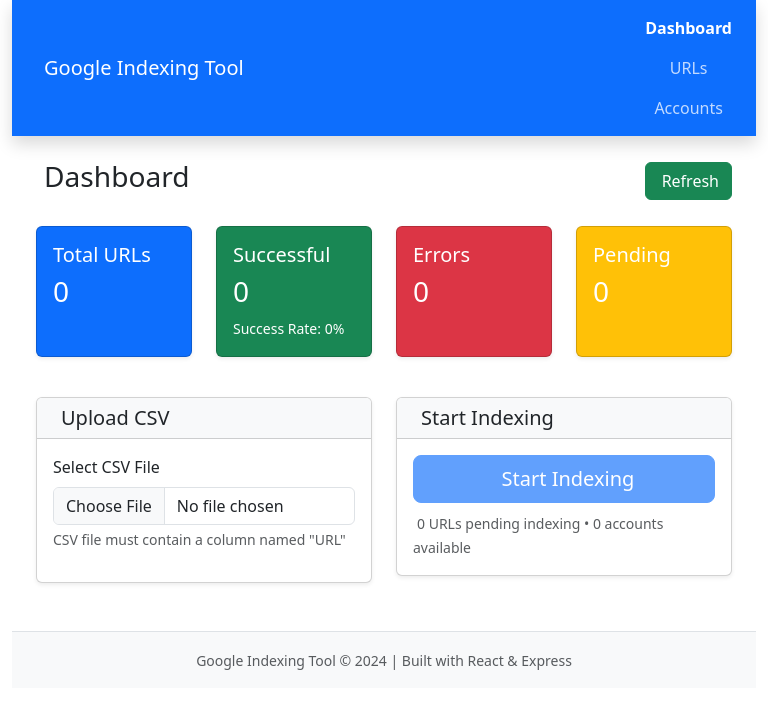
Repository: deepak445566/kl
Page: / (app in front/)
The author's editor kept a copy of each file at every save. The page is drawn from the files as they stood at one save, then again after the next save.
The browser window is 768 px wide. The pictures show the whole page.
The page's requests for data from a server got no answer. The project was rebuilt for these pictures with package versions that can differ from the ones it lists, and the page was loaded fresh each time. No one was signed in, and anything a server would have sent is missing. Also part of the build but not shown: front/vite.config.js.

Above is the page before, as saved 2025-11-27 11:38:54.

After the next save:
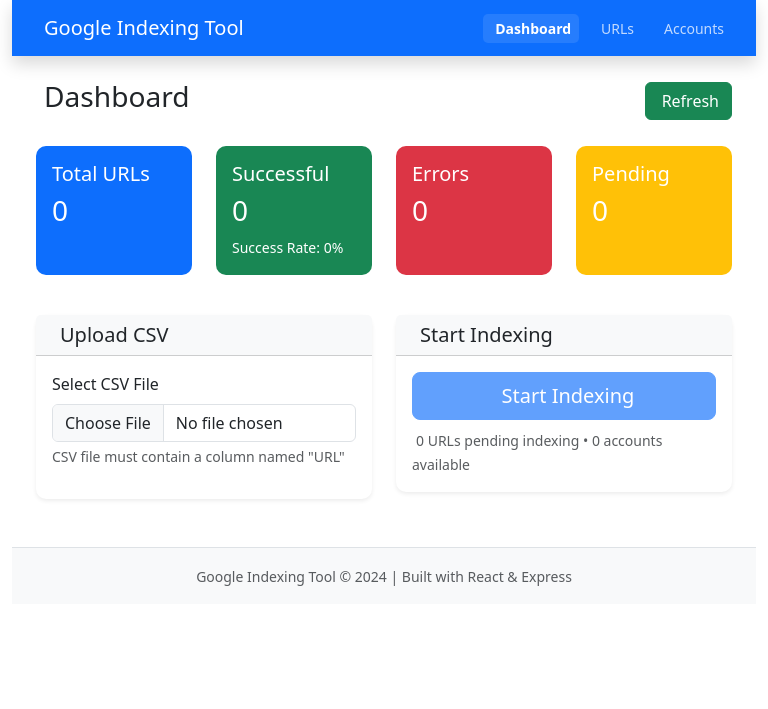
Saved 22 s later.
--- a/front/src/App.css
+++ b/front/src/App.css
@@ -1,23 +1,95 @@
+/* Custom Styles */
 .navbar-nav .btn-link {
   color: rgba(255,255,255,.75) !important;
   text-decoration: none;
   border: none;
+  background: none;
 }
 
 .navbar-nav .btn-link.active {
   color: white !important;
   font-weight: bold;
+  background: rgba(255,255,255,.1);
+  border-radius: 5px;
 }
 
 .navbar-nav .btn-link:hover {
   color: white !important;
+  background: rgba(255,255,255,.1);
+  border-radius: 5px;
 }
 
 .card {
-  box-shadow: 0 0.125rem 0.25rem rgba(0, 0, 0, 0.075);
+  border: none;
+  border-radius: 10px;
+  transition: transform 0.2s ease-in-out;
 }
 
-.table-responsive {
-  max-height: 600px;
-  overflow-y: auto;
+.card:hover {
+  transform: translateY(-2px);
 }
+
+.progress {
+  height: 20px;
+  border-radius: 10px;
+}
+
+.progress-bar {
+  border-radius: 10px;
+}
+
+.table th {
+  border-top: none;
+  font-weight: 600;
+  color: #495057;
+}
+
+.badge {
+  font-size: 0.75em;
+}
+
+/* Responsive adjustments */
+@media (max-width: 768px) {
+  .navbar-nav {
+    flex-direction: row;
+    gap: 10px;
+  }
+
+  .navbar-nav .btn-link {
+    padding: 0.25rem 0.5rem;
+    font-size: 0.875rem;
+  }
+
+  .card-body {
+    padding: 1rem;
+  }
+}
+
+/* Loading animation */
+@keyframes fadeIn {
+  from { opacity: 0; transform: translateY(10px); }
+  to { opacity: 1; transform: translateY(0); }
+}
+
+.card {
+  animation: fadeIn 0.3s ease-in-out;
+}
+
+/* Custom scrollbar */
+.table-responsive::-webkit-scrollbar {
+  height: 8px;
+}
+
+.table-responsive::-webkit-scrollbar-track {
+  background: #f1f1f1;
+  border-radius: 4px;
+}
+
+.table-responsive::-webkit-scrollbar-thumb {
+  background: #c1c1c1;
+  border-radius: 4px;
+}
+
+.table-responsive::-webkit-scrollbar-thumb:hover {
+  background: #a8a8a8;
+}
